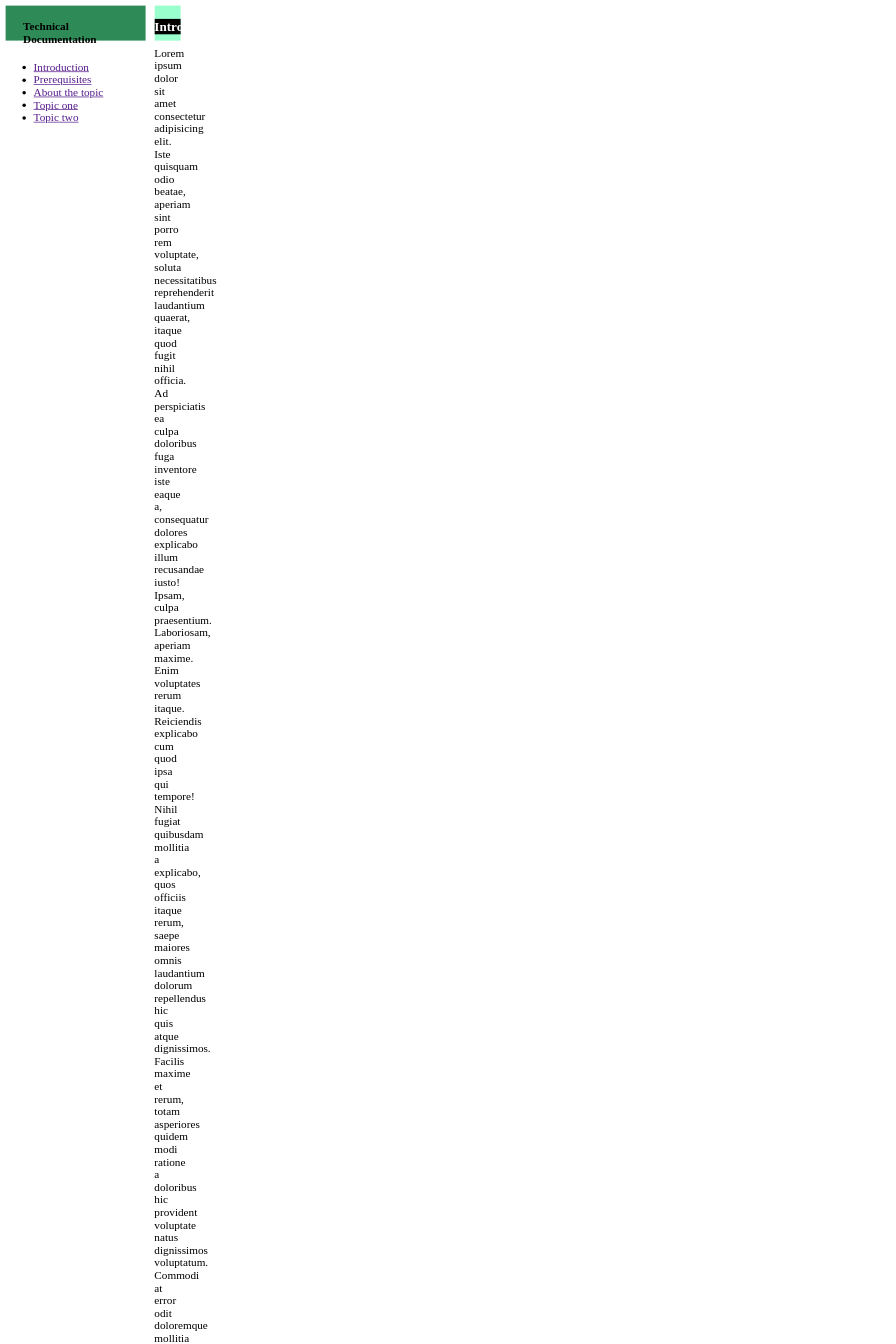
Repository: JoaoLemesDEV/Excercise-Tech-Documentation-Page
Page: index.html
An editor plug-in stored every save of this project. The page is shown before and after the next save, followed by the edit.
The browser window is 1280 px wide. The pictures show the part of the page from y = 0 to 1920 px (the page is 7917 px tall), at 70% of full size.

Above is the page before, as saved 2021-10-03 20:51:11.

### index.html
<!DOCTYPE html>
<html lang="en">
  <head>
    <meta charset="UTF-8" />
    <meta http-equiv="X-UA-Compatible" content="IE=edge" />
    <meta name="viewport" content="width=device-width, initial-scale=1.0" />
    <title>Technical Documentaion</title>
    <link rel="stylesheet" href="index.css" />
  </head>
  <body>
    <div class="wrapper">
      <div id="menu">
        <h4 text-align="left">Technical<br />Documentation</h4>
        <nav>
          <ul>
            <li><a href="">Introduction</a></li>
            <li><a href="">Prerequisites</a></li>
            <li><a href="">About the topic</a></li>
            <li><a href="">Topic one</a></li>
            <li><a href="">Topic two</a></li>
          </ul>
        </nav>
      </div>
      <div id="contents">
        <section id="introduction">
          <h3 style="background: black; color: white">Introduction</h3>
          <p>
            Lorem ipsum dolor sit amet consectetur adipisicing elit. Iste
            quisquam odio beatae, aperiam sint porro rem voluptate, soluta
            necessitatibus reprehenderit laudantium quaerat, itaque quod fugit
            nihil officia. Ad perspiciatis ea culpa doloribus fuga inventore
            iste eaque a, consequatur dolores explicabo illum recusandae iusto!
            Ipsam, culpa praesentium. Laboriosam, aperiam maxime. Enim
            voluptates rerum itaque. Reiciendis explicabo cum quod ipsa qui
            tempore! Nihil fugiat quibusdam mollitia a explicabo, quos officiis
            itaque rerum, saepe maiores omnis laudantium dolorum repellendus hic
            quis atque dignissimos. Facilis maxime et rerum, totam asperiores
            quidem modi ratione a doloribus hic provident voluptate natus
            dignissimos voluptatum. Commodi at error odit doloremque mollitia
            odio explicabo nisi, et voluptatem! Ut unde ipsum nam dolorum
            assumenda. Accusantium, labore sed. Ullam, itaque quod. Quos
            accusantium recusandae voluptatibus minus ipsum quia nihil eaque
            aperiam ad, omnis possimus aliquid deleniti ab natus magni dolores
            necessitatibus sint nulla asperiores. Optio, assumenda. Voluptatem
            aut et nulla cum temporibus explicabo eveniet suscipit, odio
            necessitatibus sapiente dolores doloribus reiciendis blanditiis
            quibusdam debitis repellendus praesentium totam sunt. Ad delectus
            est iste? Ut debitis necessitatibus non illo porro numquam sunt
            harum reiciendis ipsam aperiam? A, laudantium nisi libero
            necessitatibus blanditiis enim asperiores iure soluta cupiditate,
            quisquam esse et quos rem optio quas ducimus deleniti vero quo
            corrupti maxime! Quisquam excepturi incidunt quas exercitationem
            dolorem distinctio, vel inventore illo cumque necessitatibus
            consequuntur a iure voluptates id consectetur ipsa, culpa delectus
            omnis aliquid. Eum architecto unde provident laboriosam ipsum
            voluptates delectus dolor soluta eos voluptate, maxime mollitia
            consequuntur omnis cumque sapiente explicabo dignissimos, numquam
            corporis quis. Consectetur cupiditate rem quasi ab quidem beatae eum
            nulla voluptates quaerat optio modi vitae et repellat saepe, natus
            iure deleniti amet aperiam laborum aut, dicta hic fugiat? Asperiores
            quia, laborum minus corporis officiis deleniti possimus nulla
            reiciendis libero cumque ipsum exercitationem, earum corrupti,
            voluptate perspiciatis aperiam facere.
          </p>
        </section>
        <section id="Prerequisites">
          <h3 style="background: black; color: white">Prerequisites</h3>
          <p>
            Lorem ipsum dolor sit amet consectetur, adipisicing elit. Assumenda
            totam itaque eligendi vitae placeat similique error ullam vel,
            officia magni nulla maxime nostrum ad. Aliquid magni reprehenderit
            quod dolores ut?
          </p>
        </section>
        <section id="about the topic">
          <h3 style="background: black; color: white">About the topic</h3>
          <p>
            Lorem ipsum dolor sit, amet consectetur adipisicing elit. Beatae
            cumque repudiandae ratione, natus nisi facilis suscipit, vel nemo
            amet ducimus voluptates architecto voluptatum ipsam expedita itaque,
            quasi aliquam vitae modi?
          </p>
        </section>
        <section id="topic one">
          <h3 style="background: black; color: white">Topic one</h3>
          <p>
            Lorem ipsum dolor sit, amet consectetur adipisicing elit.
            Consectetur modi quidem minima, reprehenderit autem itaque, in
            voluptas laudantium quam ratione animi fuga voluptatum aut beatae
            dolorem velit soluta? Amet, quo.
          </p>
        </section>
        <section id="topic two">
          <h3 style="background: black; color: white">Topic two</h3>
          <p>
            Lorem ipsum dolor sit amet consectetur adipisicing elit. Quia,
            possimus fugit deleniti, maiores asperiores non dolores optio magnam
            aspernatur amet dolore ipsum in quaerat assumenda neque totam sunt
            odit dolorum.
          </p>
        </section>
      </div>
    </div>
  </body>
</html>

### index.css
#menu{
float: left;
background-color: seagreen;

}

.wrapper {
    display: grid;
    grid-template-columns: 200px 50px 100px;
    grid-template-rows: 50px 50px;
}

#menu h4{
margin-left: 25px;
color: ;
}

#contents{
	margin-left: 25%;
	background: #9FC;
  text-align: justify;
}

After the next save:
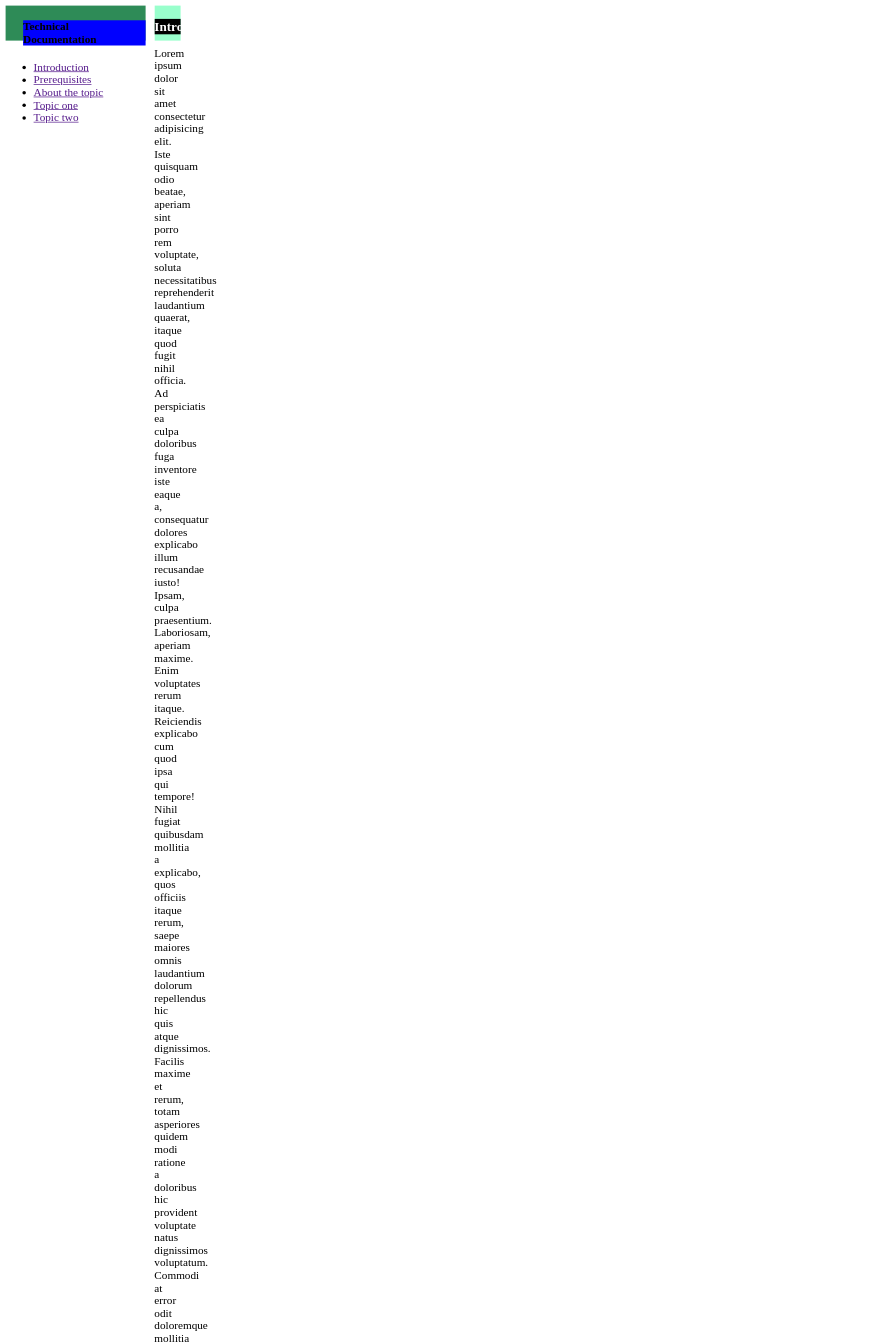
Saved 6 s later.
--- a/index.css
+++ b/index.css
@@ -12,7 +12,7 @@ background-color: seagreen;
 
 #menu h4{
 margin-left: 25px;
-color: ;
+background-color: blue;
 }
 
 #contents{
